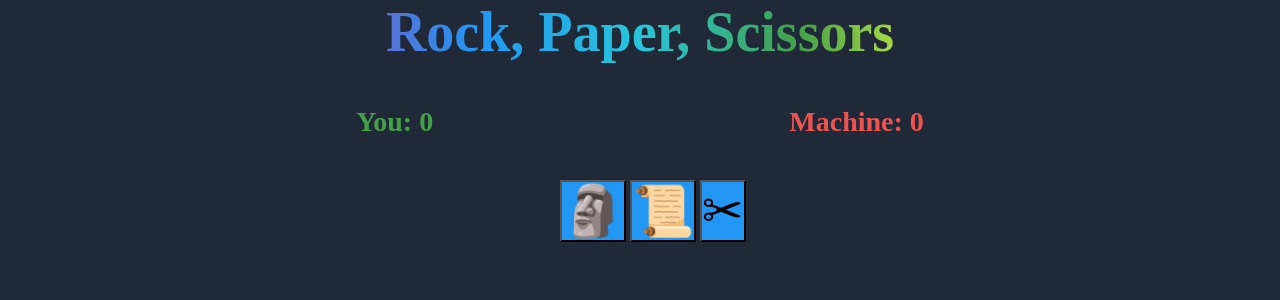
Repository: dung8466/RPS
Page: index.html
An editor plug-in stored every save of this project. The page is shown before and after the next save, followed by the edit.
The browser window is 1280 px wide. The pictures show the whole page.

Above is the page before, as saved 2022-07-01 21:20:04.

After the next save:
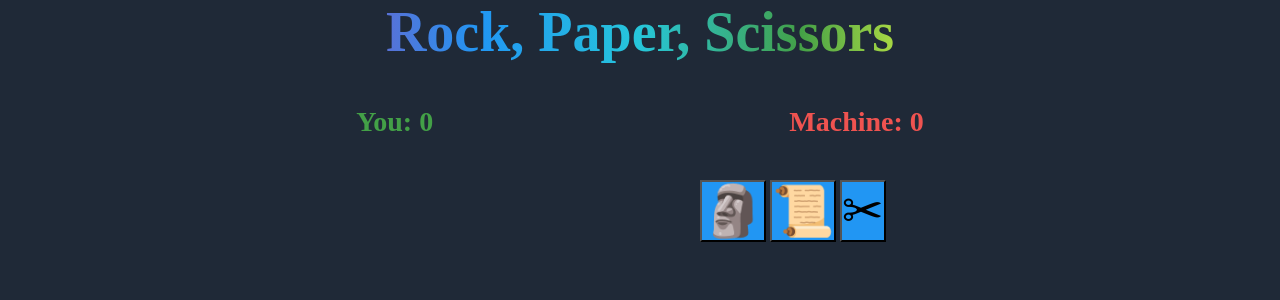
Saved 5 s later.
--- a/style.css
+++ b/style.css
@@ -39,7 +39,7 @@
     color :#ef5350;
 }
 .selections{
-    margin-left: 40em;
+    margin-left: 50em;
 }
 .selection{
     font-size: 50px;
